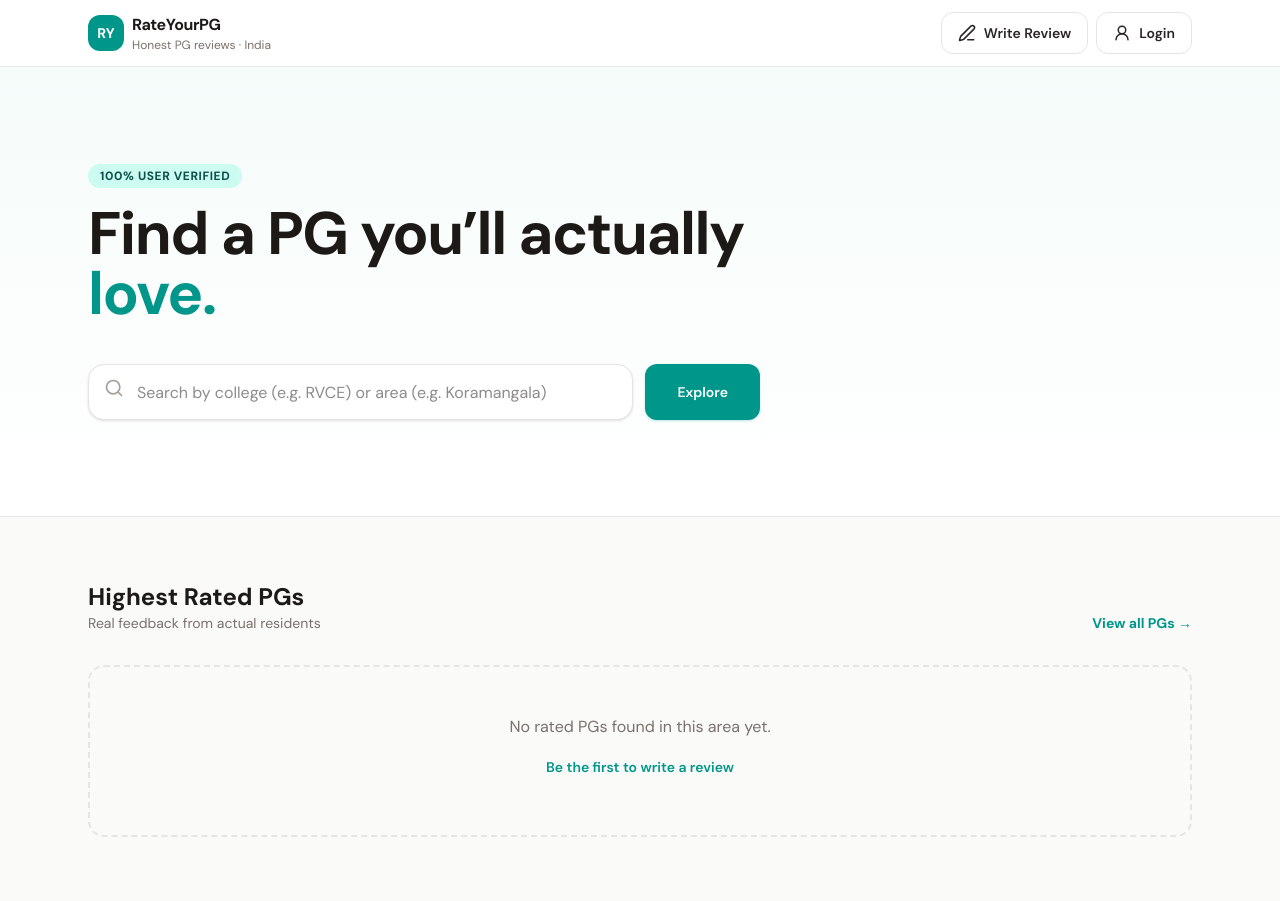
Repository: Tanishqontop/rateyourpg
Page: /
An editor plug-in stored every save of this project. The page is shown before and after the next save, followed by the edit.
The browser window is 1280 px wide. The pictures show the whole page.
The page's requests for data from a server got no answer. The project was rebuilt for these pictures with package versions that can differ from the ones it lists, and the page was loaded fresh each time. No one was signed in, and anything a server would have sent is missing. Also part of the build but not shown: vite.config.js, vite.config.ts, src/lib/constants.ts, src/lib/reviewAi.ts, src/components/ui/Card.tsx, src/components/ui/StarRating.tsx, src/lib/slug.ts, src/components/review/AddPgForm.tsx and 10 more.

Above is the page before, as saved 2026-04-05 20:44:20.

After the next save:
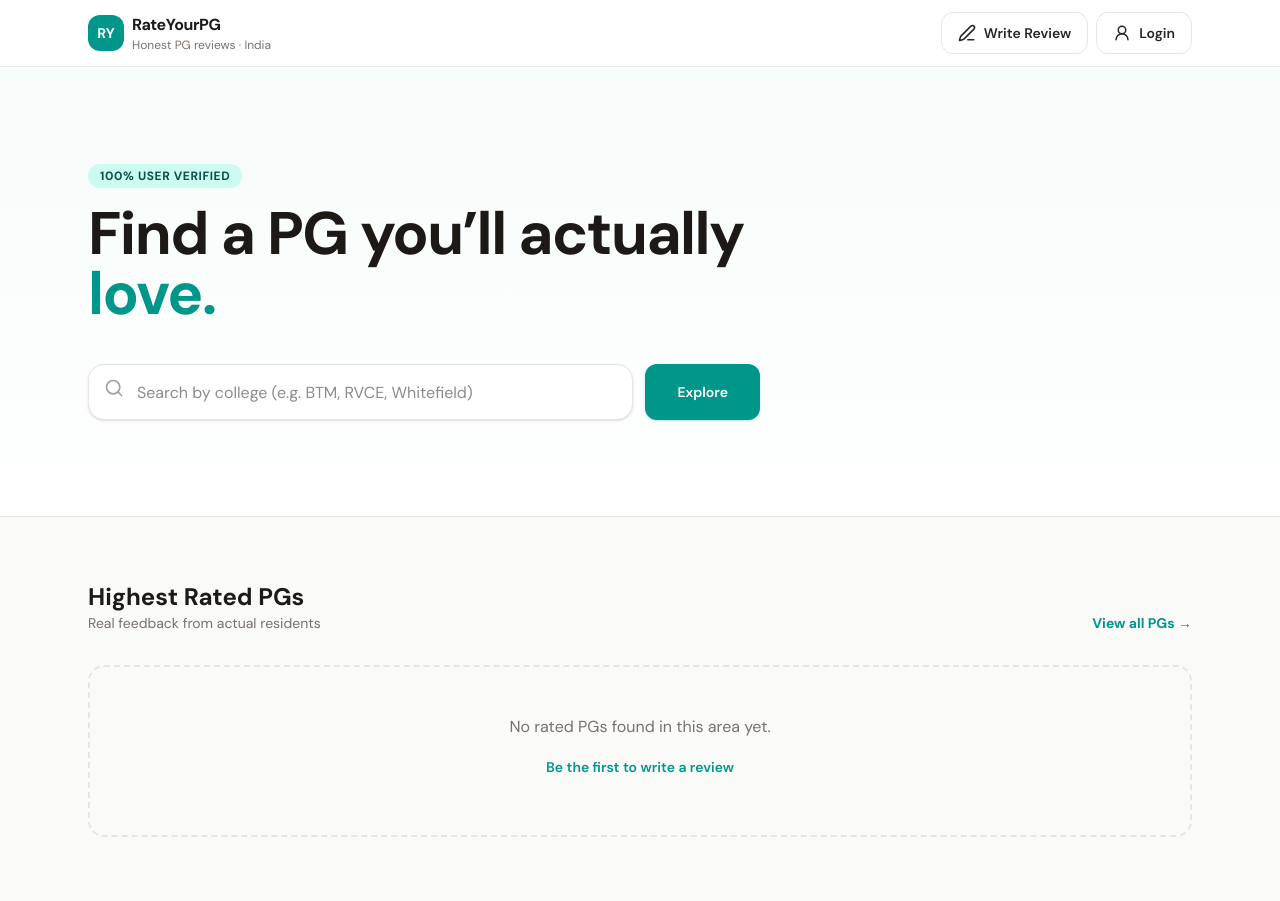
Saved 2 h 28 min later.
--- a/src/pages/HomePage.tsx
+++ b/src/pages/HomePage.tsx
@@ -29,6 +29,10 @@ export function HomePage() {
   const navigate = useNavigate();
   const [q, setQ] = useState("");
 
+  // Suggestion State
+  const [suggestions, setSuggestions] = useState<LocationRow[]>([]);
+  const [showSuggestions, setShowSuggestions] = useState(false);
+
   // Categorized State
   const [colleges, setColleges] = useState<LocationRow[]>([]);
   const [areas, setAreas] = useState<LocationRow[]>([]);
@@ -37,6 +41,7 @@ export function HomePage() {
   const [exploring, setExploring] = useState(false);
   const [addLocationOpen, setAddLocationOpen] = useState(false);
 
+  // 1. Initial Data Fetch (Colleges, Areas, Top PGs)
   useEffect(() => {
     void (async () => {
       const sb = getSupabase();
@@ -45,50 +50,49 @@ export function HomePage() {
         return;
       }
 
-      // 1. Fetch Colleges
-      const { data: colData } = await sb
-        .from("locations")
-        .select("*")
-        .eq("type", "college")
-        .order("name")
-        .limit(12);
-
-      // 2. Fetch Areas (The new carousel data)
-      const { data: areaData } = await sb
-        .from("locations")
-        .select("*")
-        .eq("type", "area")
-        .order("name")
-        .limit(12);
+      const { data: colData } = await sb.from("locations").select("*").eq("type", "college").order("name").limit(12);
+      const { data: areaData } = await sb.from("locations").select("*").eq("type", "area").order("name").limit(12);
 
       if (colData) setColleges(colData as LocationRow[]);
       if (areaData) setAreas(areaData as LocationRow[]);
 
-      // 3. Fetch Top Rated PGs
-      const { data: pgData } = await sb
-        .from("pg_with_ratings")
-        .select("*")
-        .gt("total_reviews", 0)
-        .order("average_rating", { ascending: false })
-        .limit(3);
-
+      const { data: pgData } = await sb.from("pg_with_ratings").select("*").gt("total_reviews", 0).order("average_rating", { ascending: false }).limit(3);
       if (pgData) setRealTopPgs(pgData as PgWithRatings[]);
     })();
   }, []);
 
+  // 2. Real-time Fuzzy Search Logic
+  useEffect(() => {
+    const fetchSuggestions = async () => {
+      const query = q.trim();
+      if (query.length < 2) {
+        setSuggestions([]);
+        return;
+      }
+
+      const sb = getSupabase();
+      if (!sb) return;
+
+      // Calling the RPC function we created in SQL
+      const { data, error } = await sb.rpc('search_locations', {
+        search_query: query
+      });
+
+      if (!error && data) {
+        setSuggestions(data as LocationRow[]);
+      }
+    };
+
+    const timer = setTimeout(fetchSuggestions, 150); // Debounce
+    return () => clearTimeout(timer);
+  }, [q]);
+
   const runExplore = useCallback(async () => {
     const raw = q.trim();
-    const s = raw.toLowerCase();
     if (!raw) return;
 
-    const allCurrent = [...colleges, ...areas];
-    const localBest = allCurrent
-      .map((l) => ({ l, score: scoreLocationMatch(l, s) }))
-      .filter((x) => x.score > 0)
-      .sort((a, b) => b.score - a.score)[0]?.l;
-
-    if (localBest) {
-      navigate(`/location/${localBest.slug}`);
+    if (suggestions.length > 0) {
+      navigate(`/location/${suggestions[0].slug}`);
       return;
     }
 
@@ -96,11 +100,7 @@ export function HomePage() {
     try {
       const sb = getSupabase();
       if (!sb) return;
-      const { data: locRows } = await sb
-        .from("locations")
-        .select("*")
-        .or(`name.ilike.%${raw}%,city.ilike.%${raw}%`)
-        .limit(1);
+      const { data: locRows } = await sb.from("locations").select("*").or(`name.ilike.%${raw}%,city.ilike.%${raw}%`).limit(1);
 
       if (locRows?.length) {
         navigate(`/location/${locRows[0].slug}`);
@@ -110,7 +110,7 @@ export function HomePage() {
     } finally {
       setExploring(false);
     }
-  }, [q, colleges, areas, navigate]);
+  }, [q, suggestions, navigate]);
 
   return (
     <>
@@ -129,16 +129,48 @@ export function HomePage() {
           </h1>
 
           <div className="mt-10 flex max-w-2xl flex-col gap-3 sm:flex-row sm:items-center">
+            {/* SEARCH INPUT WITH DROPDOWN */}
             <div className="relative flex-1">
               <Search className="absolute left-4 top-3.5 text-stone-400" size={20} />
               <input
                 value={q}
-                onChange={(e) => setQ(e.target.value)}
+                onChange={(e) => {
+                    setQ(e.target.value);
+                    setShowSuggestions(true);
+                }}
+                onFocus={() => setShowSuggestions(true)}
+                onBlur={() => setTimeout(() => setShowSuggestions(false), 200)}
                 onKeyDown={(e) => e.key === "Enter" && void runExplore()}
                 className="h-14 w-full rounded-2xl border border-stone-200 bg-white pl-12 pr-4 text-base shadow-sm outline-none ring-teal-600/20 transition focus:border-teal-600 focus:ring-4"
-                placeholder="Search by college (e.g. RVCE) or area (e.g. Koramangala)"
+                placeholder="Search by college (e.g. BTM, RVCE, Whitefield)"
               />
-            </div>
+
+              {/* DROPDOWN UI */}
+              {showSuggestions && suggestions.length > 0 && (
+                <div className="absolute top-full left-0 right-0 z-50 mt-2 overflow-hidden rounded-2xl border border-stone-200 bg-white shadow-2xl backdrop-blur-sm">
+                   <div className="max-h-[320px] overflow-y-auto py-2">
+                    {suggestions.map((loc) => (
+                      <button
+                        key={loc.id}
+                        onMouseDown={() => navigate(`/location/${loc.slug}`)}
+                        className="group flex w-full items-center gap-3 px-4 py-3 text-left transition hover:bg-teal-50"
+                      >
+                        <div className={`flex h-9 w-9 shrink-0 items-center justify-center rounded-xl ${
+                            loc.type === 'college' ? 'bg-teal-100 text-teal-600' : 'bg-amber-100 text-amber-600'
+                        }`}>
+                          {loc.type === 'college' ? <School size={18} /> : <MapPin size={18} />}
+                        </div>
+                        <div className="flex-1 overflow-hidden">
+                          <p className="truncate text-sm font-bold text-stone-900">{loc.name}</p>
+                          <p className="text-xs text-stone-500">{loc.city} • {loc.type}</p>
+                        </div>
+                      </button>
+                    ))}
+                   </div>
+                </div>
+              )}
+            </div>
+
             <Button className="h-14 px-8 text-base" disabled={exploring} onClick={() => void runExplore()}>
               {exploring ? "Searching..." : "Explore"}
             </Button>
@@ -147,8 +179,7 @@ export function HomePage() {
       </section>
 
       <main className="mx-auto max-w-6xl space-y-16 px-4 py-16 sm:px-6">
-
-        {/* SECTION: POPULAR COLLEGES CAROUSEL */}
+        {/* COLLEGES SECTION */}
         {colleges.length > 0 && (
           <section>
             <div className="mb-6 flex items-center gap-2">
@@ -173,7 +204,7 @@ export function HomePage() {
           </section>
         )}
 
-        {/* SECTION: POPULAR AREAS CAROUSEL */}
+        {/* AREAS SECTION */}
         {areas.length > 0 && (
           <section>
             <div className="mb-6 flex items-center gap-2">
@@ -204,7 +235,7 @@ export function HomePage() {
           </section>
         )}
 
-        {/* SECTION: TOP RATED PGS */}
+        {/* TOP RATED SECTION */}
         <section>
           <div className="mb-8 flex flex-col gap-1 sm:flex-row sm:items-end sm:justify-between">
             <div>
